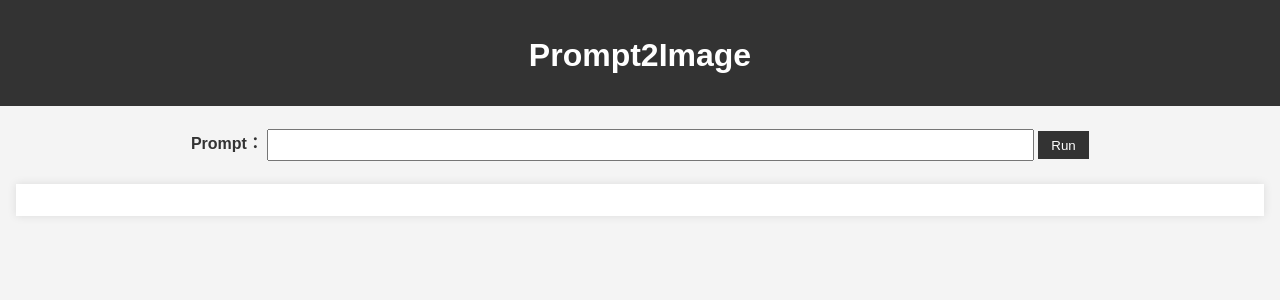
Repository: XTTTZ/Prompt2Image
Page: main1.html
These files come from the project's save history. The page is drawn as it stood at one moment and after the next save; the edit follows.
The browser window is 1280 px wide. The pictures show the whole page.

Above is the page before, as saved 2023-11-13 03:40:55.

### main1.html
<!DOCTYPE html>
<html lang="en">

<head>
    <meta charset="UTF-8">
    <meta name="viewport" content="width=device-width, initial-scale=1.0">
    <title>Prompt2Image</title>
    <style>
        body {
            font-family: 'Arial', sans-serif;
            margin: 0;
            padding: 0;
            background-color: #f4f4f4;
            color: #333;
        }

        header {
            background-color: #333;
            color: #fff;
            text-align: center;
            padding: 1em;
        }

        h1 {
            margin-bottom: 0.5em;
        }

        form {
            text-align: center;
            margin: 1em;
        }

        label {
            font-weight: bold;
        }

        input {
            padding: 0.5em;
            margin: 0.5em 0;
            width: 60%;
        }

        button {
            padding: 0.5em 1em;
            background-color: #333;
            color: #fff;
            border: none;
            cursor: pointer;
        }

        button:hover {
            background-color: #555;
        }

        #searchResult {
            margin: 1em;
            padding: 1em;
            background-color: #fff;
            box-shadow: 0 0 10px rgba(0, 0, 0, 0.1);
        }
    </style>
</head>

<body>
    <header>
        <h1>Prompt2Image</h1>
    </header>

    <form id="searchForm">
        <label for="searchInput">Prompt：</label>
        <input type="text" id="searchInput" name="searchInput">
        <button type="button" onclick="performSearch()">Run</button>
    </form>

    <div id="searchResult"></div>

    <script>
        function performSearch() {
            var searchInput = document.getElementById('searchInput').value;
            document.getElementById('searchResult').innerHTML = 'Image Generation Started!';


            // 使用AJAX发送搜索内容到后端
            var xhr = new XMLHttpRequest();
            xhr.open('POST', '/search', true);
            xhr.setRequestHeader('Content-Type', 'application/json');
            xhr.onreadystatechange = function () {
                if (xhr.readyState == 4 && xhr.status == 200) {
                    // 处理从后端返回的结果
                    var result = JSON.parse(xhr.responseText);
                    document.getElementById('searchResult').innerHTML = '搜索结果：' + result.message + result.Time_used;
                }
            };
            xhr.send(JSON.stringify({ query: searchInput }));
        }
    </script>
</body>

</html>

After the next save:
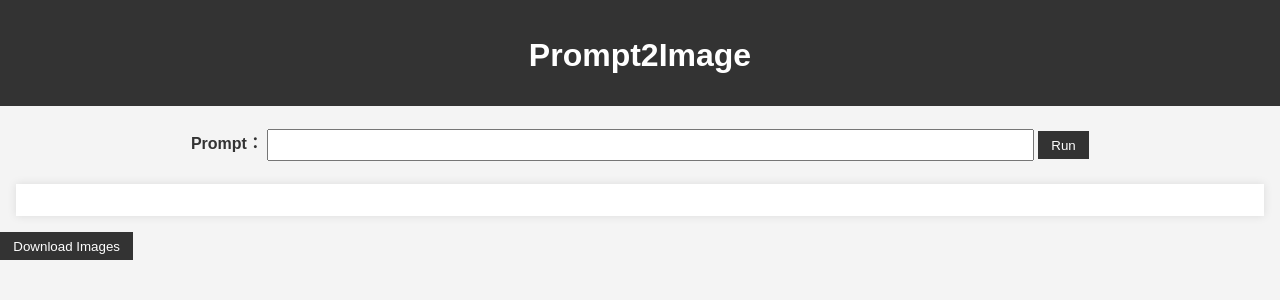
Saved 6 min 20 s later.
--- a/main1.html
+++ b/main1.html
@@ -74,24 +74,62 @@
 
     <div id="searchResult"></div>
 
+    <!-- Display generated images -->
+    <div id="generatedImages" class="generatedImage"></div>
+
+    <button id="downloadButton" onclick="downloadImages()">Download Images</button>
+
     <script>
         function performSearch() {
             var searchInput = document.getElementById('searchInput').value;
-            document.getElementById('searchResult').innerHTML = 'Image Generation Started!';
 
+            // Simulate a response with an array of sample image URLs
+            var imageUrls = [
+                'https://via.placeholder.com/400',
+                'https://via.placeholder.com/400',
+                'https://via.placeholder.com/400',
+                'https://via.placeholder.com/400',
+                // Add more image URLs as needed
+            ];
 
-            // 使用AJAX发送搜索内容到后端
-            var xhr = new XMLHttpRequest();
-            xhr.open('POST', '/search', true);
-            xhr.setRequestHeader('Content-Type', 'application/json');
-            xhr.onreadystatechange = function () {
-                if (xhr.readyState == 4 && xhr.status == 200) {
-                    // 处理从后端返回的结果
-                    var result = JSON.parse(xhr.responseText);
-                    document.getElementById('searchResult').innerHTML = '搜索结果：' + result.message + result.Time_used;
-                }
-            };
-            xhr.send(JSON.stringify({ query: searchInput }));
+            // Display the generated images
+            var generatedImagesContainer = document.getElementById('generatedImages');
+            var downloadButton = document.getElementById('downloadButton');
+
+            // Clear previous content
+            generatedImagesContainer.innerHTML = '';
+
+            // Append image elements dynamically
+            imageUrls.forEach(function (url) {
+                var img = document.createElement('img');
+                img.src = url;
+                generatedImagesContainer.appendChild(img);
+            });
+
+            // Display the container and download button
+            generatedImagesContainer.style.display = 'block';
+            downloadButton.style.display = 'block';
+        }
+
+        function downloadImages() {
+            // Simulate image download with sample image URLs
+            var imageUrls = [
+                'https://via.placeholder.com/400',
+                'https://via.placeholder.com/400',
+                'https://via.placeholder.com/400',
+                'https://via.placeholder.com/400',
+                // Add more image URLs as needed
+            ];
+
+            // Create a link element for each image and trigger download
+            imageUrls.forEach(function (url, index) {
+                var a = document.createElement('a');
+                a.href = url;
+                a.download = 'generated_image_' + (index + 1) + '.png';
+                document.body.appendChild(a);
+                a.click();
+                document.body.removeChild(a);
+            });
         }
     </script>
 </body>
